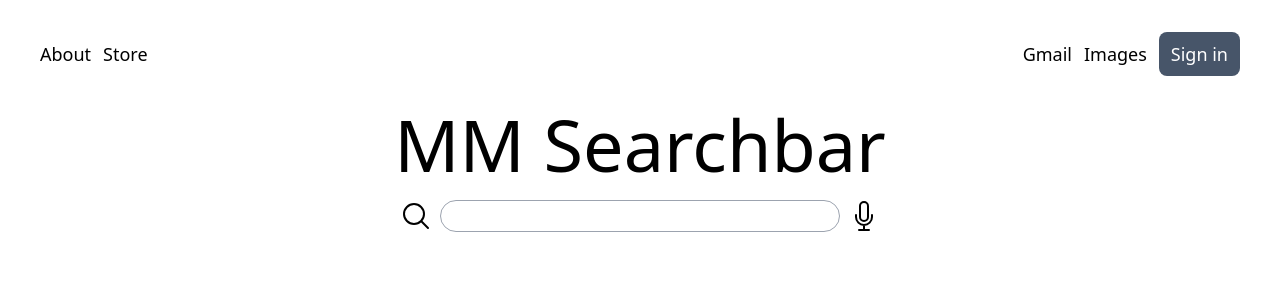
Repository: michalmilek/minigoogle
Page: /
An editor plug-in stored every save of this project. The page is shown before and after the next save, followed by the edit.
The browser window is 1280 px wide. The pictures show the whole page.
The page's requests for data from a server got no answer. The project was rebuilt for these pictures with package versions that can differ from the ones it lists, and the page was loaded fresh each time. The framework's server and built-in components were replaced by stand-ins that run in the browser. No one was signed in, and anything a server would have sent is missing. Also part of the build but not shown: next.config.js.

Above is the page before, as saved 2023-02-13 13:24:11.

### pages/_app.tsx
import '@/styles/globals.css'
import type { AppProps } from 'next/app'
import { SessionProvider } from "next-auth/react";

export default function App({ Component, pageProps }: AppProps) {
  return (
    <SessionProvider
      // Provider options are not required but can be useful in situations where
      // you have a short session maxAge time. Shown here with default values.
      session={pageProps.session}>
      <Component {...pageProps} />
    </SessionProvider>
  );
}

### pages/index.tsx
import Header from "@/components/Header";
import Head from "next/head";
import Image from "next/image";
import {
  MagnifyingGlassIcon,
  MicrophoneIcon,
} from "@heroicons/react/24/outline";

export default function Home() {
  return (
    <div>
      <Head>
        <title>Create Next App</title>
        <meta
          name="description"
          content="Generated by create next app"
        />
        <meta
          name="viewport"
          content="width=device-width, initial-scale=1"
        />
        <link
          rel="icon"
          href="/favicon.ico"
        />
      </Head>
      <Header />

      <form className="flex flex-col items-center justify-center gap-5">
        <h1 className="text-7xl">MM Searchbar</h1>
        <div className="flex relative gap-2">
          <MagnifyingGlassIcon className="h-8" />
          <input
            type="text"
            className="border w-[400px] border-gray-400 rounded-full"
          />
          <MicrophoneIcon className="h-8" />
        </div>
      </form>
    </div>
  );
}

### components/Header.tsx
import Link from "next/link";
import React from "react";
import User from "./User";

const Header = () => {
  return (
    <header className="min-w-[100vw] flex justify-between items-center px-10 py-8 text-lg">
      <ul className="flex gap-3">
        <Link href={"/"}>
          <li>About</li>
        </Link>
        <Link href={"/"}>
          <li>Store</li>
        </Link>
      </ul>

      <ul className="flex items-center gap-3">
        <Link href={"/"}>
          <li>Gmail</li>
        </Link>
        <Link href={"/"}>
          <li>Images</li>
        </Link>
        <li>
          <User />
        </li>
      </ul>
    </header>
  );
};

export default Header;

### components/User.tsx
import React from "react";
import { useSession, signIn, signOut } from "next-auth/react";

const User = () => {
  const { data: session } = useSession();
  console.log(session);
  return (
    <>
      {session ? (
        <img
          onClick={() => signOut()}
          src={session.user?.image!}
          alt={session.user?.name!}
          className="h-[50px] w-[50px] object-cover rounded-full"
        />
      ) : (
        <button
          className="bg-slate-600 text-white px-3 py-2 rounded-lg"
          onClick={() => signIn()}>
          Sign in
        </button>
      )}
    </>
  );
};

export default User;

Loaded but not shown: pages/_document.tsx (common file); styles/globals.css (common file); tailwind.config.js (common file)

After the next save:
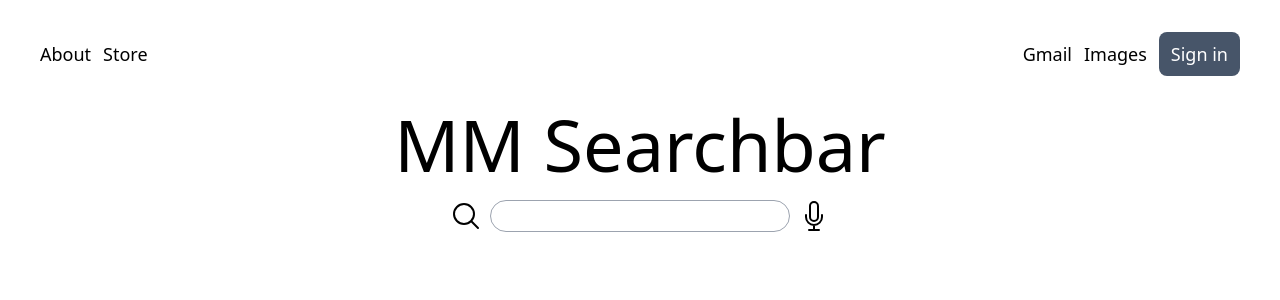
Saved 7 s later.
--- a/pages/index.tsx
+++ b/pages/index.tsx
@@ -32,7 +32,7 @@
           <MagnifyingGlassIcon className="h-8" />
           <input
             type="text"
-            className="border w-[400px] border-gray-400 rounded-full"
+            className="border w-[300px] border-gray-400 rounded-full"
           />
           <MicrophoneIcon className="h-8" />
         </div>
